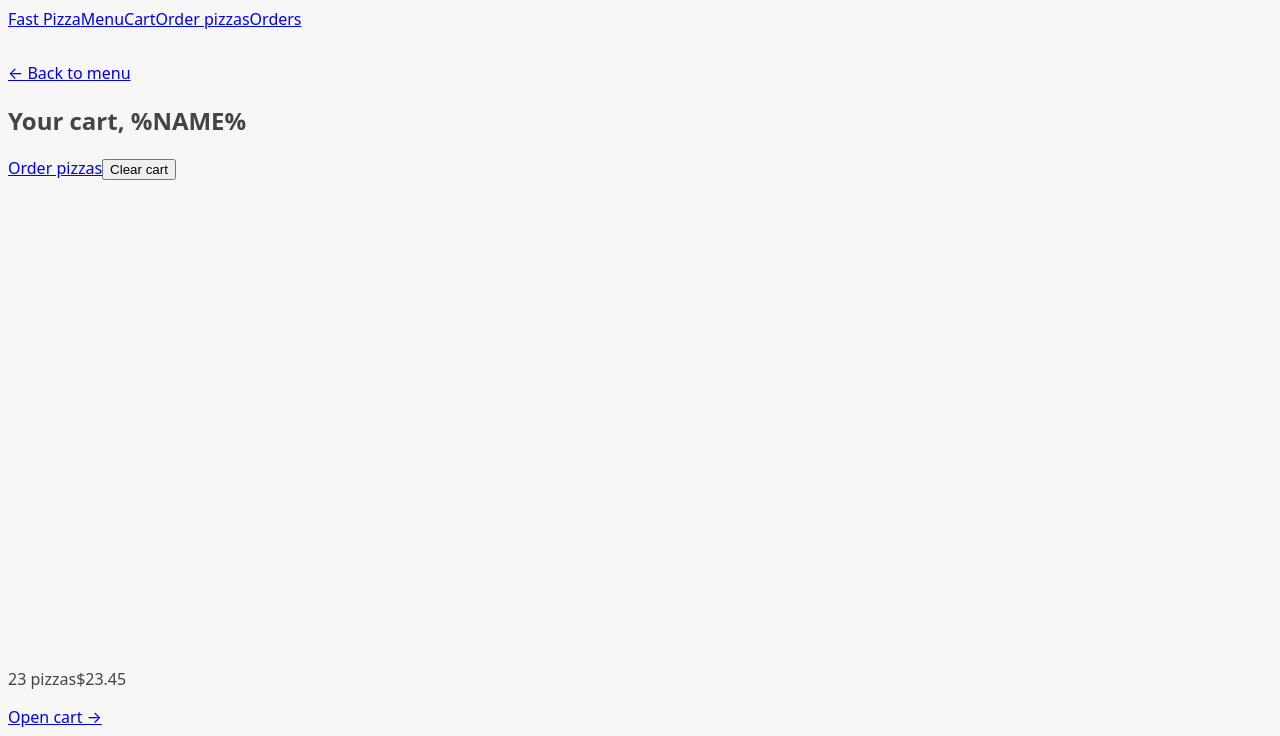
Repository: islamsaeedDev/ecommerce-cash-on-deliver-pizza-store
Page: /cart
These files come from the project's save history. The page is drawn as it stood at one moment and after the next save; the edit follows.
The browser window is 1280 px wide. The pictures show the whole page.
The project was rebuilt for these pictures with package versions that can differ from the ones it lists, and the page was loaded fresh each time. Also part of the build but not shown: vite.config.js, src/features/order/SearchOrder.jsx, src/ui/Home.jsx, src/ui/Error.jsx, src/services/apiRestaurant.js, src/utils/helpers.js, src/features/menu/MenuItem.jsx, src/features/menu/Menu.jsx and 2 more. Imported but missing from the stored project, and not drawn on this page: src/features/order/CreateOrder.

Above is the page before, as saved 2025-10-21 17:19:03.

### src/App.jsx
import { createBrowserRouter, RouterProvider } from "react-router-dom";
import Home from "./ui/Home";
import Error from "./ui/Error";
import Menu, { loader as menuLoader } from "./features/menu/Menu";

import Cart from "./features/cart/Cart";
import CreateOrder, {
  action as createOrderAction,
} from "./features/order/CreateOrder";
import Order, { loader as orderLoader } from "./features/order/Order";
import AppLayout from "./ui/AppLayout";

const router = createBrowserRouter([
  {
    element: <AppLayout />,
    errorElement: <Error />,
    children: [
      {
        path: "/",
        element: <Home />,
      },
      {
        path: "/menu",
        element: <Menu />,
        loader: menuLoader,
        errorElement: <Error />,
      },
      { path: "/cart", element: <Cart /> },
      {
        path: "/order/new",
        element: <CreateOrder />,
        action: createOrderAction,
      },
      {
        path: "/order/:orderId",
        element: <Order />,
        loader: orderLoader,
        errorElement: <Error />,
      },
    ],
  },
]);

function App() {
  return <RouterProvider router={router} />;
}

export default App;

### src/index.css
body {
  font-family: system-ui, -apple-system, BlinkMacSystemFont, "Segoe UI", Roboto,
    Oxygen, Ubuntu, Cantarell, "Open Sans", "Helvetica Neue", sans-serif;
  background-color: #f7f7f7;
  color: #444;
}

.layout {
  display: grid;
  grid-template-rows: auto 1fr auto;
  gap: 32px;
  height: 100dvh;
}

/* https://dev.to/afif/i-made-100-css-loaders-for-your-next-project-4eje */
.loader {
  width: 45px;
  aspect-ratio: 0.75;
  --c: no-repeat linear-gradient(#333 0 0);
  background: var(--c) 0% 50%, var(--c) 50% 50%, var(--c) 100% 50%;
  background-size: 20% 50%;
  animation: loading 1s infinite linear;
}

@keyframes loading {
  20% {
    background-position: 0% 0%, 50% 50%, 100% 50%;
  }
  40% {
    background-position: 0% 100%, 50% 0%, 100% 50%;
  }
  60% {
    background-position: 0% 50%, 50% 100%, 100% 0%;
  }
  80% {
    background-position: 0% 50%, 50% 50%, 100% 100%;
  }
}

### src/ui/AppLayout.jsx
import { Outlet, useNavigation } from "react-router-dom";
import CartOverview from "../features/cart/CartOverview";
import Header from "./Header";
import Loader from "./Loader";

function AppLayout() {
  const navigation = useNavigation();

  const isLoading = navigation.state === "loading";

  return (
    <div className="layout">
      {isLoading && <Loader />}
      <Header />
      <main>
        <Outlet />
      </main>

      <CartOverview />
    </div>
  );
}

export default AppLayout;

### src/ui/Header.jsx
import { Link } from "react-router-dom";

function Header() {
  return (
    <header>
      <Link to="/">Fast Pizza</Link>
      <Link to="/menu">Menu</Link>
      <Link to="/cart">Cart</Link>
      <Link to="/order/new">Order pizzas</Link>
      <Link to="/order">Orders</Link>
    </header>
  );
}

export default Header;

Loaded but not shown: index.html (common file); src/main.jsx (common file); src/features/cart/Cart.jsx (common file); src/features/cart/CartOverview.jsx (common file)

After the next save:
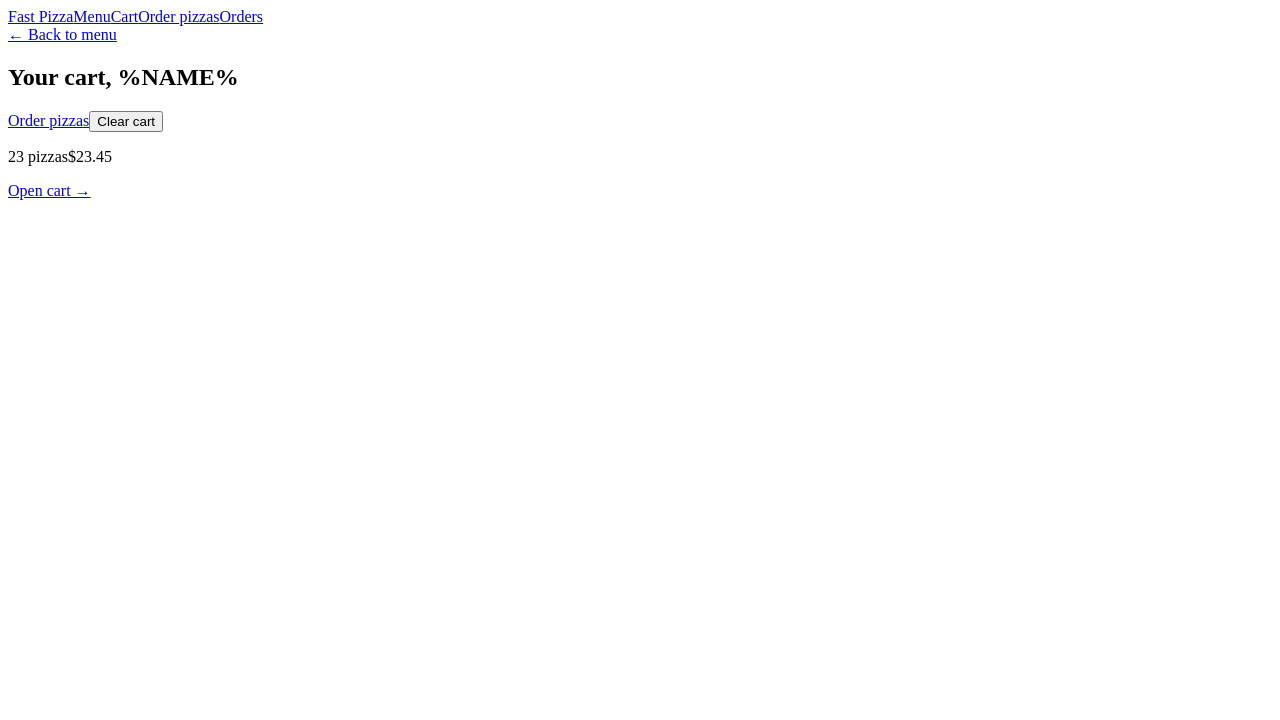
Saved 80 s later.
--- a/src/index.css
+++ b/src/index.css
@@ -1,4 +1,4 @@
-body {
+/* body {
   font-family: system-ui, -apple-system, BlinkMacSystemFont, "Segoe UI", Roboto,
     Oxygen, Ubuntu, Cantarell, "Open Sans", "Helvetica Neue", sans-serif;
   background-color: #f7f7f7;
@@ -10,7 +10,7 @@ body {
   grid-template-rows: auto 1fr auto;
   gap: 32px;
   height: 100dvh;
-}
+} */
 
 /* https://dev.to/afif/i-made-100-css-loaders-for-your-next-project-4eje */
 .loader {
